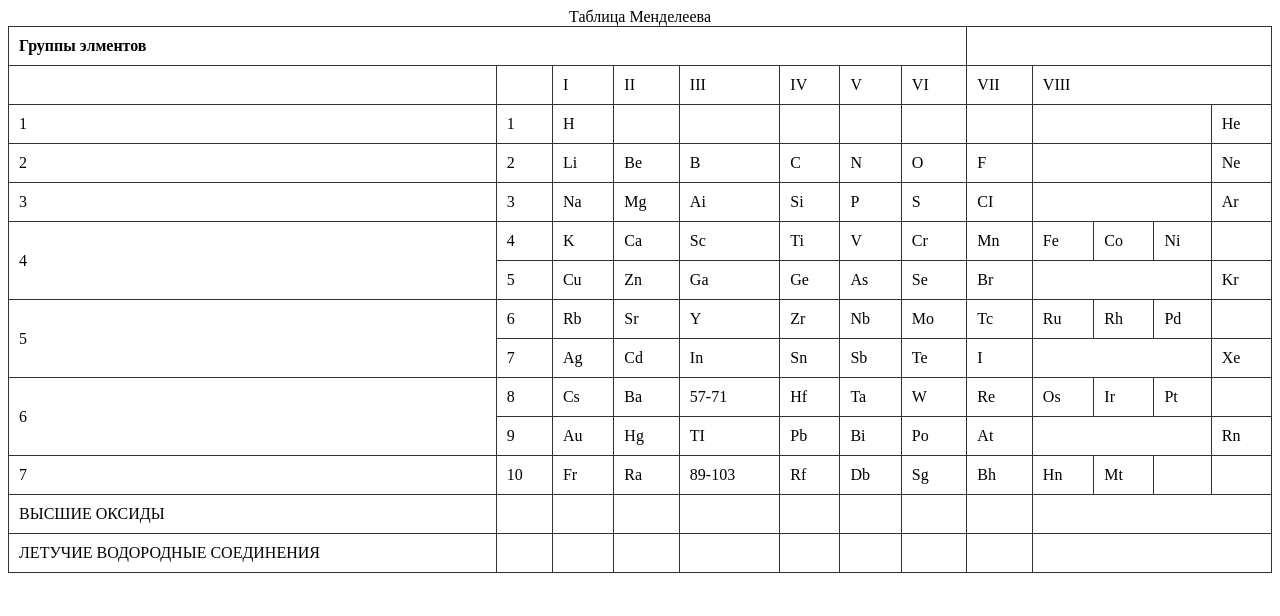
Repository: sannikovcode/exercises-a1
Page: JS/websites/01-periodic table/index.html
These files come from the project's save history. The page is drawn as it stood at one moment and after the next save; the edit follows.
The browser window is 1280 px wide. The pictures show the whole page.

Above is the page before, as saved 2025-10-17 19:12:45.

After the next save:
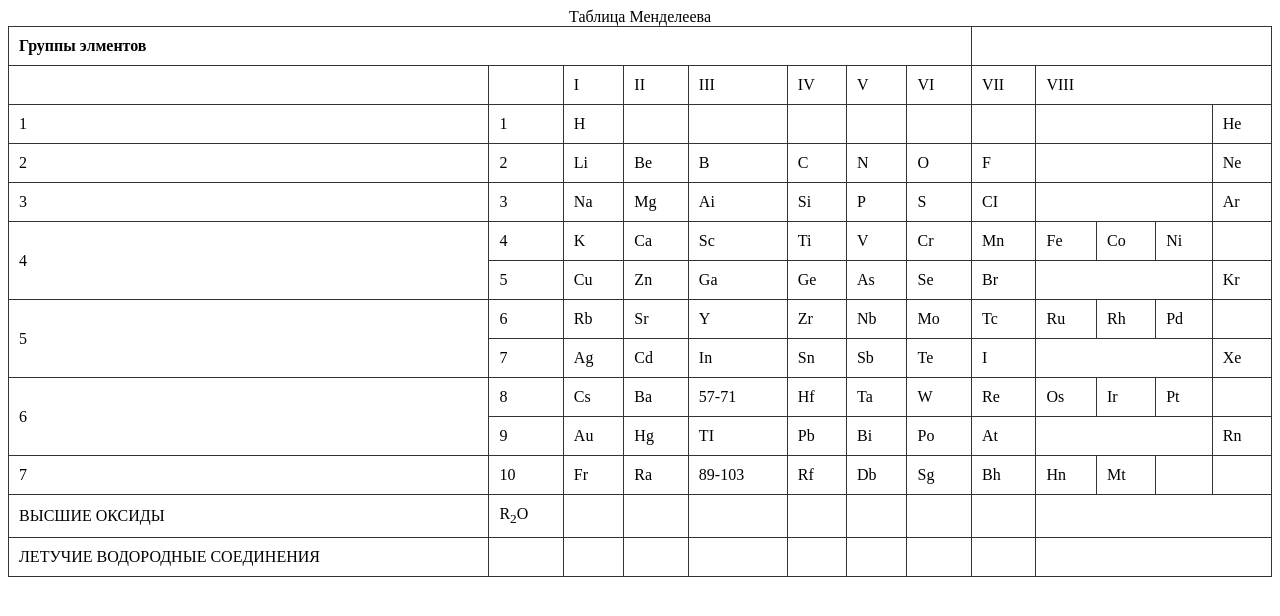
Saved 40 s later.
--- a/JS/websites/01-periodic table/index.html
+++ b/JS/websites/01-periodic table/index.html
@@ -170,7 +170,7 @@
             </tr>
             <tr>
                 <td>ВЫСШИЕ ОКСИДЫ</td>
-                <td></td>
+                <td>R<sub>2</sub>O</td>
                 <td></td>
                 <td></td>
                 <td></td>
